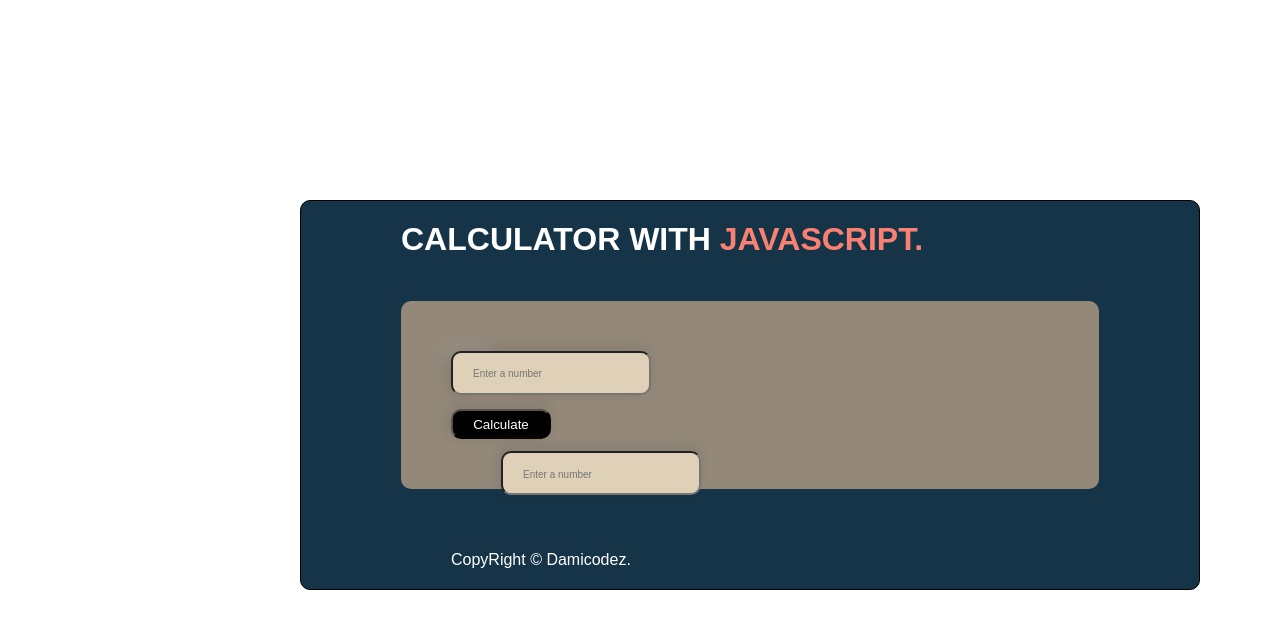
Repository: isaacCodes1/Calculator-with-js
Page: index2.html
These files come from the project's save history. The page is drawn as it stood at one moment and after the next save; the edit follows.
The browser window is 1280 px wide. The pictures show the whole page.
Some web fonts or font styles are not loaded; a fallback is used.

Above is the page before, as saved 2024-04-22 15:27:11.

### index2.html
<!DOCTYPE html>
<html lang="en">
  <head>
    <meta charset="UTF-8" />
    <meta name="viewport" content="width=device-width, initial-scale=1.0" />
    <title>Arithmetic Calculator</title>
    <link
      href="https://fonts.cdnfonts.com/css/scientific-calculator-lcd"
      rel="stylesheet"
    />

    <link rel="stylesheet" href="style.css" />
    <link rel="stylesheet" href="mediaquery.css">
  </head>
  <body>
    <main>
      <div class="numm">
        <h1 class="he">CALCULATOR WITH <span class="red">JAVASCRIPT.</span></h1>
        <div class="genDiv">
          <input
            class="num1"
            type="number"
            id="num1"
            placeholder="Enter a number"
            style="font-size: 12px"
          />
          <select class="addition" id="operator">
            <option class="opt" value="add">+</option>
            <option class="opt" value="subtract">-</option>
            <option class="opt" value="multiply">*</option>
            <option class="opt" value="divide">/</option>
          </select>
          <input
            class="num7"
            type="number"
            id="num2"
            placeholder="Enter a number"
            /> <br> <br> <br>
          <button class="cal" onclick="calculate()">Calculate</button>
          <div class="copy">
          <p>CopyRight &#169; Damicodez.</p>
        </div>
        </div>
      </div>
      <script src="script.js"></script>
    </main>
  </body>
</html>

### style.css
* {
  margin: 0;
  padding: 0;
  box-sizing: border-box;
  font-family: "Scientific Calculator LCD", sans-serif;
}
.genDiv {
  background: #948979;
  border-radius: 10px;
  padding: 50px 50px;
}

.main {
  background-color: #dfd0b8;
}
.numm {
  position: absolute;
  top: 200px;
  left: 300px;
  width: 900px;
  border: 1px solid;
  border-radius: 10px;
  background: #153448;
  padding-left: 100px;
  padding-bottom: 100px;
  padding-right: 100px;
  padding-top: 100px;
}
.he {
  color: #fff;
  position: absolute;
  top: 20px;
  font-weight: 900;
  font-style: normal;
}
.red {
  color: salmon;
  font-weight: 900;
}
.num1 {
  width: 200px;
  position: absolute;
  box-shadow: -8px -8px 15px rgba(255, 255, 255, 0.1),
    -5px -5px 15px rgba(0, 0, 0, 0.2);
  background: #dfd0b8;
  height: 40px;
  border-radius: 10px;
  padding: 20px;
  outline: none;
}
.num1::placeholder {
  font-size: 10px;
}
.opt {
  background: #000;
  color: #fff;
  outline: none;
}
.addition {
  width: 50px;
  box-shadow: -8px -8px 15px rgba(255, 255, 255, 0.1);
  background: #dfd0b8;
  height: 20px;
  border-radius: 10px;
  font-size: 18px;
}
.num7 {
  width: 200px;
  box-shadow: -8px -8px 15px rgba(255, 255, 255, 0.1),
    -5px -5px 15px rgba(0, 0, 0, 0.2);
  background: #dfd0b8;
  height: 40px;
  position: absolute;
  top: 250px;
  border-radius: 10px;
  padding: 20px;
  outline: none;
}
.num7::placeholder {
  font-size: 10px;
}
.cal {
  width: 100px;
  height: 30px;
  box-shadow: -8px -8px 15px rgba(255, 255, 255, 0.1),
    -5px -5px 15px rgba(0, 0, 0, 0.2);
  background: #000;
  color:  #fff;
  border-radius: 10px;
  padding: 5px;
  transition: 1s ease-in-out;

}
.cal:hover{
    color:#000;
    background-color: #dbdbdb;
    transition: 1s ease-in-out;
    border-radius: 10px;
}
.copy{
    position: absolute;
    top: 350px;
    color: #fff;
}

### mediaquery.css
@media (max-width: 480px) {
  .genDiv {
    /* padding: 50px 20px; */
  }
  .numm {
    top: 200px;
    width: 480px;
    left: 10px;
    padding: 20px;
    margin-right: 50px;
  }
  .num1::placeholder {
    font-size: 8px;
  }
  .num7::placeholder{
    font-size: 8px;
  }
  .he{
    font-size: 10px;
    top: 40px;
  }
}

### script.js
function calculate() {
    var num1 = parseFloat(document.getElementById('num1').value);
    var operator = document.getElementById('operator').value;
    var num2 = parseFloat(document.getElementById('num2').value);

    var result;

    switch (operator) {
      case 'add':
        result = num1 + num2;
        break;
      case 'subtract':
        result = num1 - num2;
        break;
      case 'multiply':
        result = num1 * num2;
        break;
      case 'divide':
        if (num2 !== 0) {
          result = num1 / num2;
        } else {
          console.log('Error: Division by zero');
          return;
        }
        break;
      default:
        console.log('Error: Invalid operator');
        return;
    }



console.log('Result:', result);
}

After the next save:
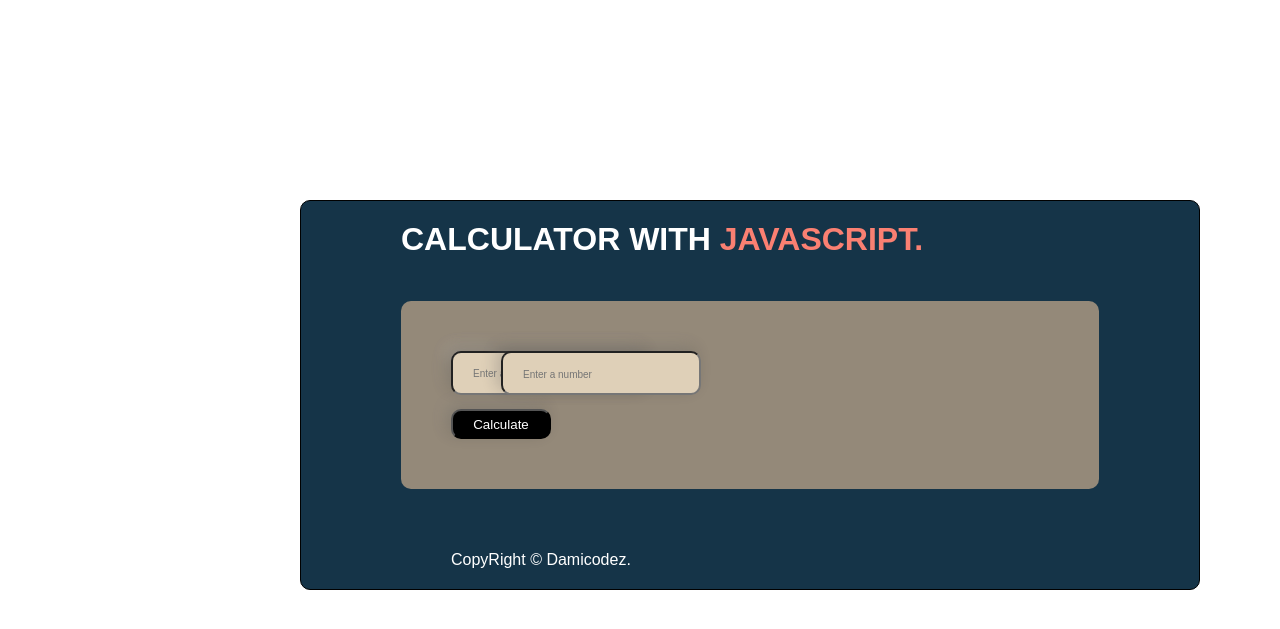
Saved 5 s later.
--- a/style.css
+++ b/style.css
@@ -71,7 +71,7 @@
   background: #dfd0b8;
   height: 40px;
   position: absolute;
-  top: 250px;
+  top: 150px;
   border-radius: 10px;
   padding: 20px;
   outline: none;
